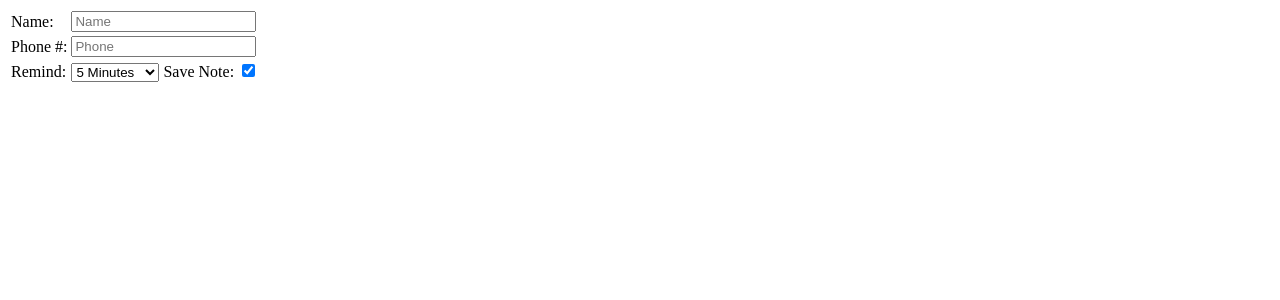
Repository: arjay07/AlineNotebook
Page: app/views/callbackscheduler.html
The author's editor kept a record of every edit. The page is drawn from the files as they stood at one moment, then again after the next edit.
The browser window is 1280 px wide. The pictures show the whole page.

Above is the page before.

After the next edit:
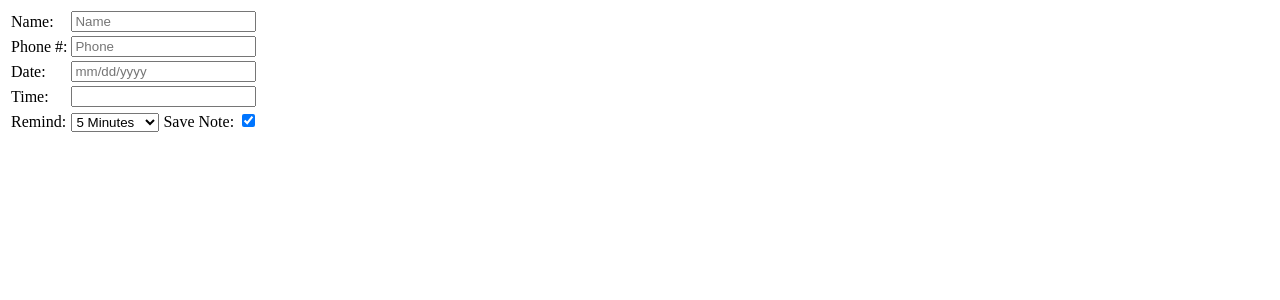
The edit:
--- a/app/views/callbackscheduler.html
+++ b/app/views/callbackscheduler.html
@@ -7,6 +7,14 @@
         <tr>
             <td>Phone #: </td>
             <td><input type="text" placeholder="Phone" id="schedulerphone"></td>
+        </tr>
+        <tr>
+            <td>Date: </td>
+            <td><input type="text" placeholder="mm/dd/yyyy" id="schedulerdate"></td>
+        </tr>
+        <tr>
+            <td>Time: </td>
+            <td><input type="text" id="schedulertime"></td>
         </tr>
         <tr>
             <td>Remind: </td>
